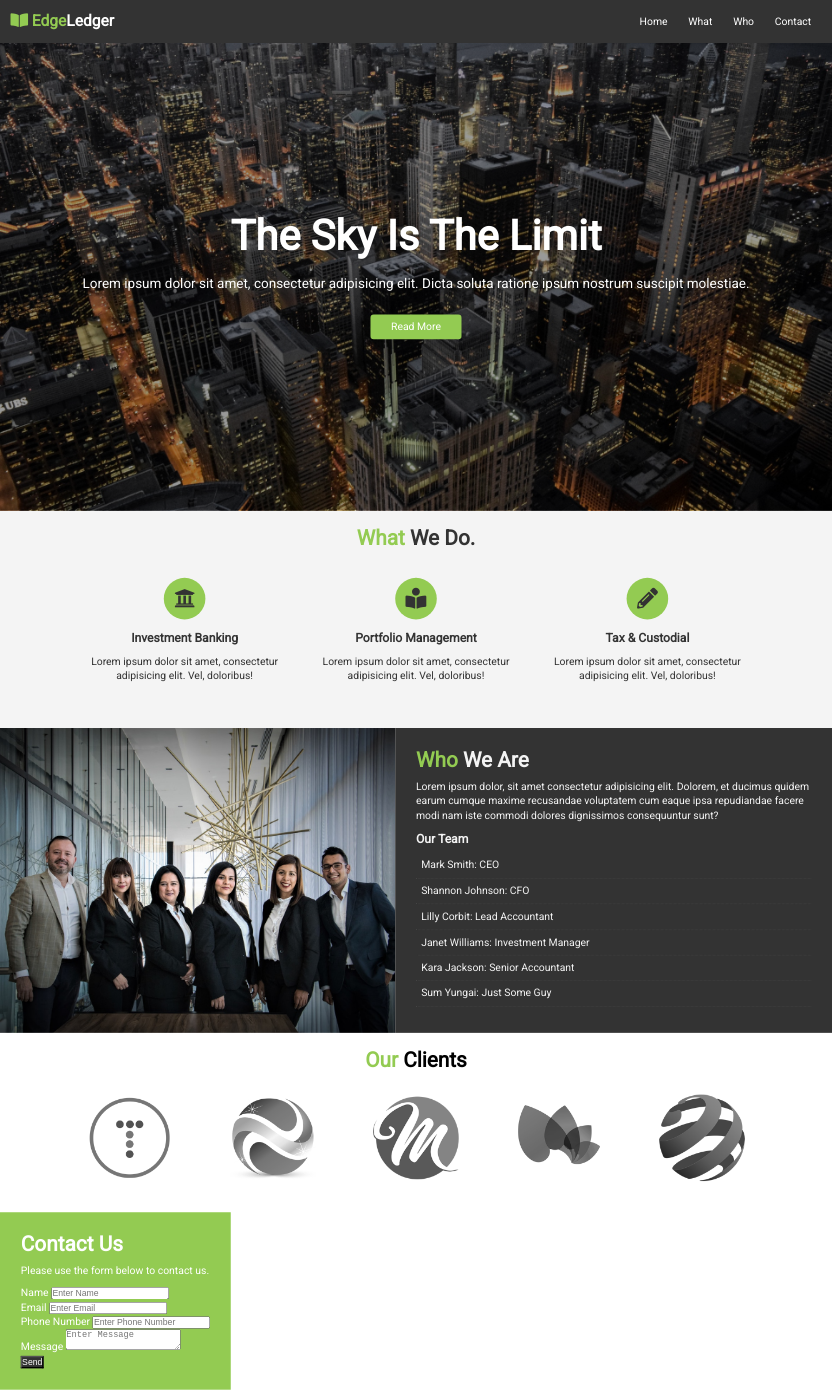
Repository: dimlutine/EdgeLedger
Page: index.html
An editor plug-in stored every save of this project. The page is shown before and after the next save, followed by the edit.
The browser window is 1280 px wide. The pictures show the whole page, at 65% of full size.
Some web libraries are served in a nearby version.

Above is the page before, as saved 2019-07-06 20:51:55.

After the next save:
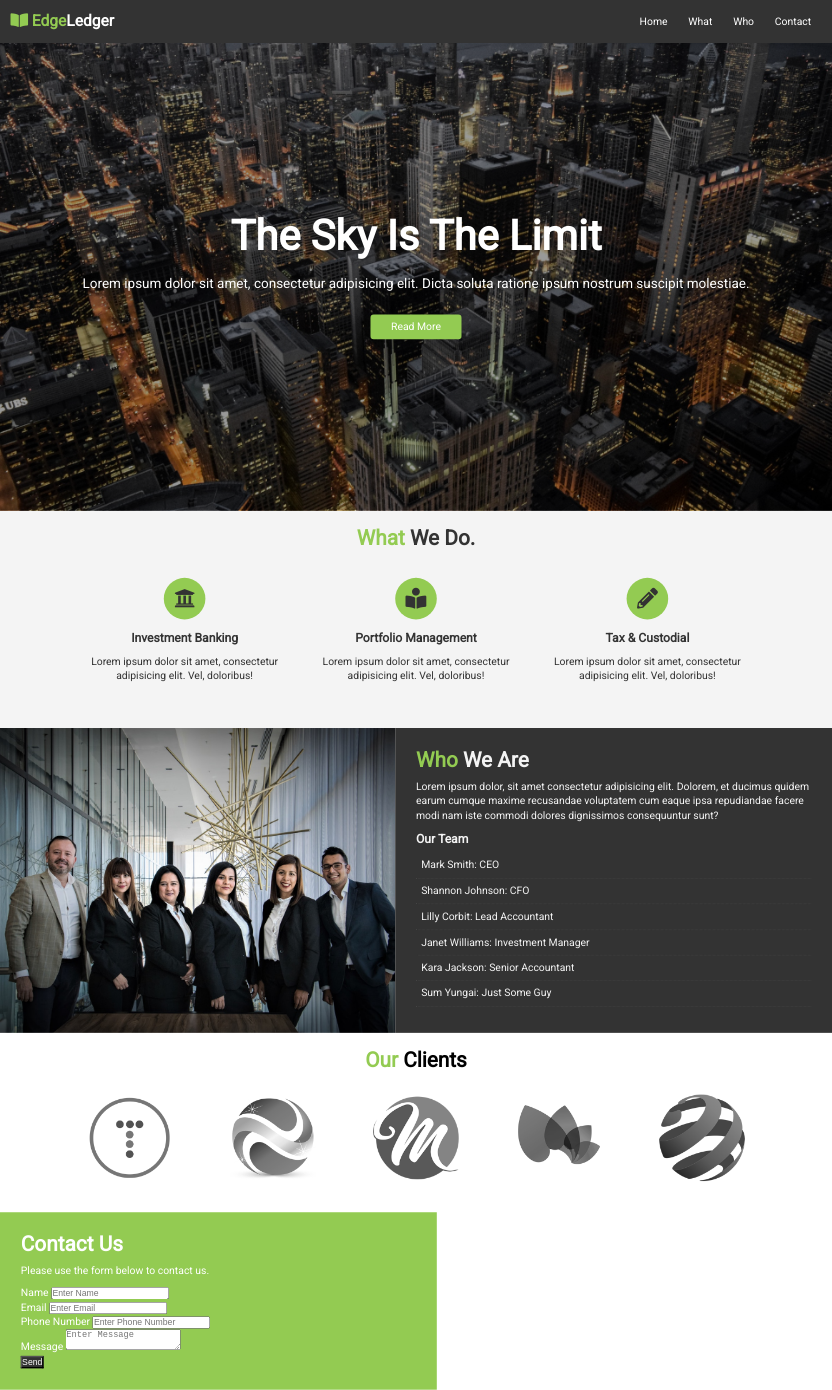
Saved 37 s later.
--- a/css/style.css
+++ b/css/style.css
@@ -231,3 +231,8 @@
 #contact {
     display: flex;
 }
+
+#contact .map,
+#contact .contact-form {
+    flex: 1;
+}
